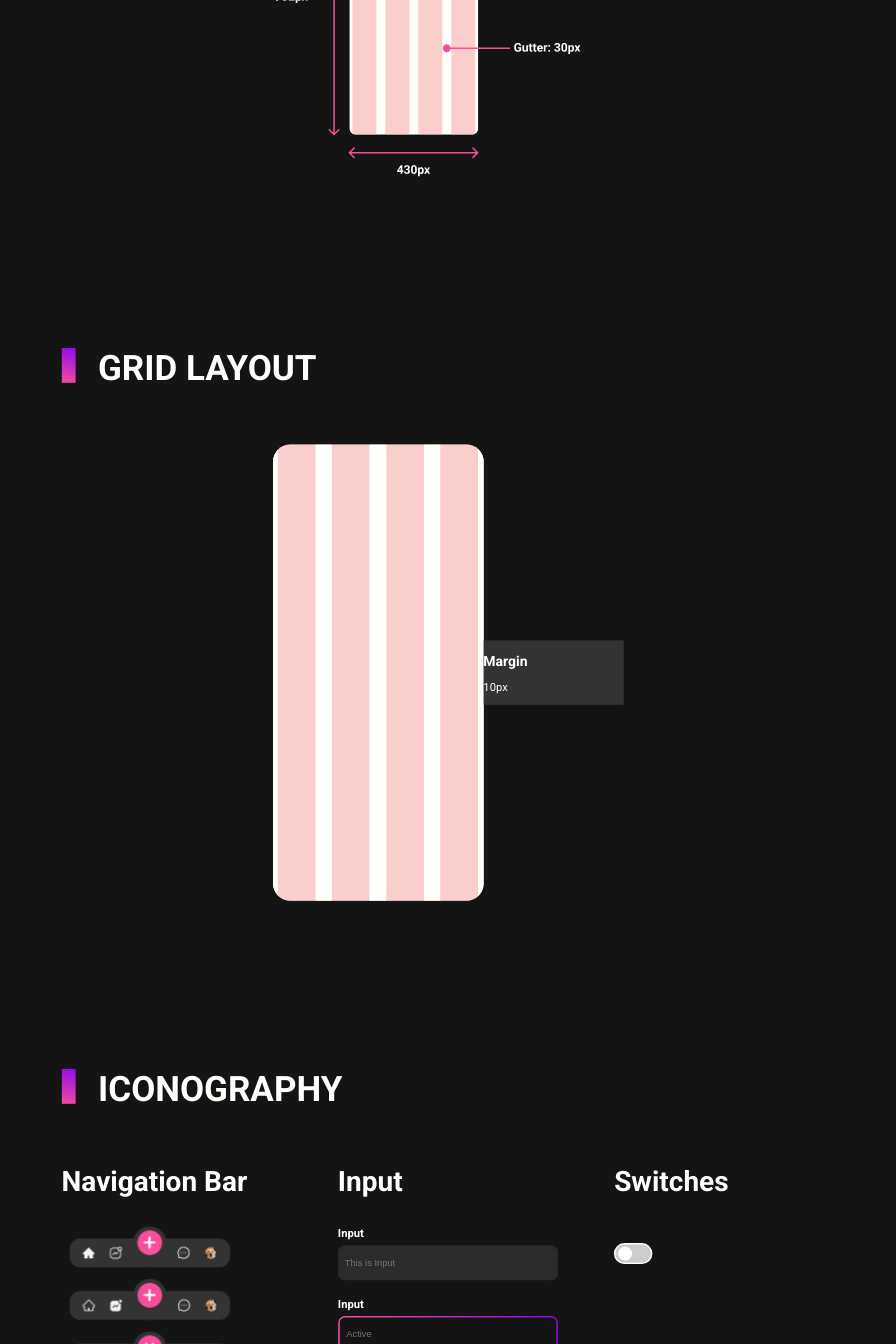
Repository: MonicaNguyenH/artflow_frontend_vanJS
Page: index.html
These files come from the project's save history. The page is drawn as it stood at one moment and after the next save; the edit follows.
The browser window is 1280 px wide. The pictures show the part of the page from y = 2847 to 4767 px (the page is 6020 px tall), at 70% of full size.
Some web fonts or font styles are not loaded; a fallback is used.

Above is the page before, as saved 2024-05-07 11:12:42.

After the next save:
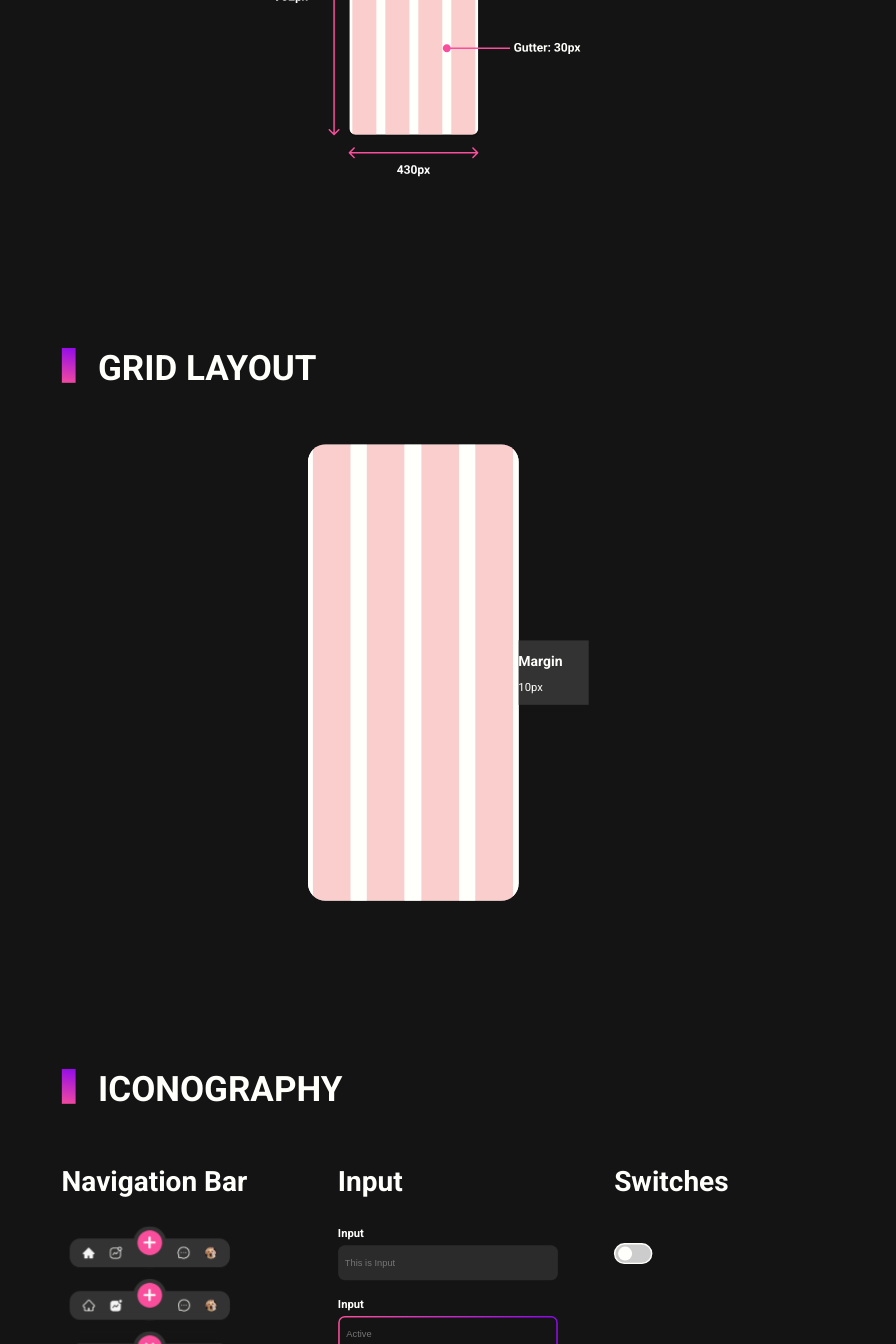
Saved 4 s later.
--- a/css/style.css
+++ b/css/style.css
@@ -524,7 +524,7 @@ input:checked + .slider:before {
 /*** GRID OVERLAY ***/
 .grid-margin-overlay {
     background: var(--dark-grey);
-    width: 200px;
+    width: 100px;
 }
 
 .grid-overlay-h1 {
